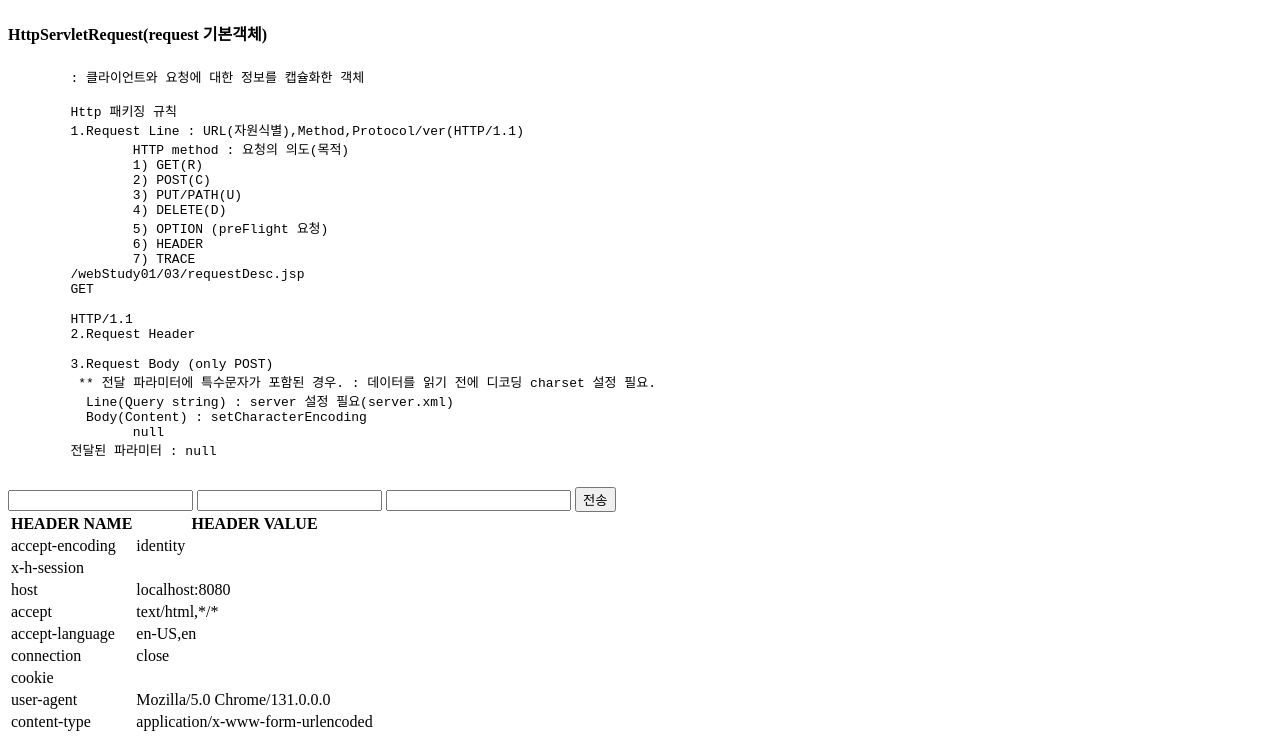
Repository: JavaJin96/kr.or.ddit.WebApp
Page: http://localhost/webStudy01/03/requestDesc.jsp
The author's editor kept a copy of each file at every save. The page is drawn from the files as they stood at one save, then again after the next save.
The browser window is 1280 px wide. The pictures show the whole page.
The page is served by Tomcat 9. Other server files are loaded and not shown.

Above is the page before, as saved 2022-03-03 01:18:41.

### 6.JspSpring/workspace/webStudy01/webapp/03/requestDesc.jsp
<%@page import="java.util.Enumeration"%>
<%@ page language="java" contentType="text/html; charset=UTF-8"
    pageEncoding="UTF-8"%>
<%
	request.setCharacterEncoding("UTF-8");
%>
<!DOCTYPE html>
<html>
<head>
<meta charset="UTF-8">
<title>Insert title here</title>
</head>
<body>
<h4>HttpServletRequest(request 기본객체)</h4>
<pre>
	: 클라이언트와 요청에 대한 정보를 캡슐화한 객체

	Http 패키징 규칙
	1.Request Line : URL(자원식별),Method,Protocol/ver(HTTP/1.1)
		HTTP method : 요청의 의도(목적)
		1) GET(R)
		2) POST(C)
		3) PUT/PATH(U)
		4) DELETE(D)
		5) OPTION (preFlight 요청)
		6) HEADER
		7) TRACE
	<%=request.getRequestURI() %>
	<%=request.getMethod() %>

	<%=request.getProtocol() %>
	2.Request Header

	3.Request Body (only POST)
	 ** 전달 파라미터에 특수문자가 포함된 경우. : 데이터를 읽기 전에 디코딩 charset 설정 필요.
	  Line(Query string) : server 설정 필요(server.xml)
	  Body(Content) : setCharacterEncoding
		<%=request.getParameter("param")%>
	전달된 파라미터 : <%=request.getParameter("param") %>

</pre>
<form method="post" action="<%=request.getContextPath()%>/03/requestDesc.jsp">
	<input type="text" name="param" />
	<input type="text" name="param" />
	<input type="text" name="param" />
	<input type="submit" value="전송">
</form>
<table>
<thead>
<tr>
	<th>HEADER NAME</th>
	<th>HEADER VALUE</th>
</tr>
</thead>
<tbody>
<%
 	Enumeration<String> headerNames = request.getHeaderNames();
	while(headerNames.hasMoreElements()){
		String name = headerNames.nextElement();
		String value = request.getHeader(name);
%>
	<tr>
		<td><%=name %></td>
		<td><%=value %></td>
	</tr>

<%
	}
%>
</tbody>
</table>
</body>
</html>

After the next save:
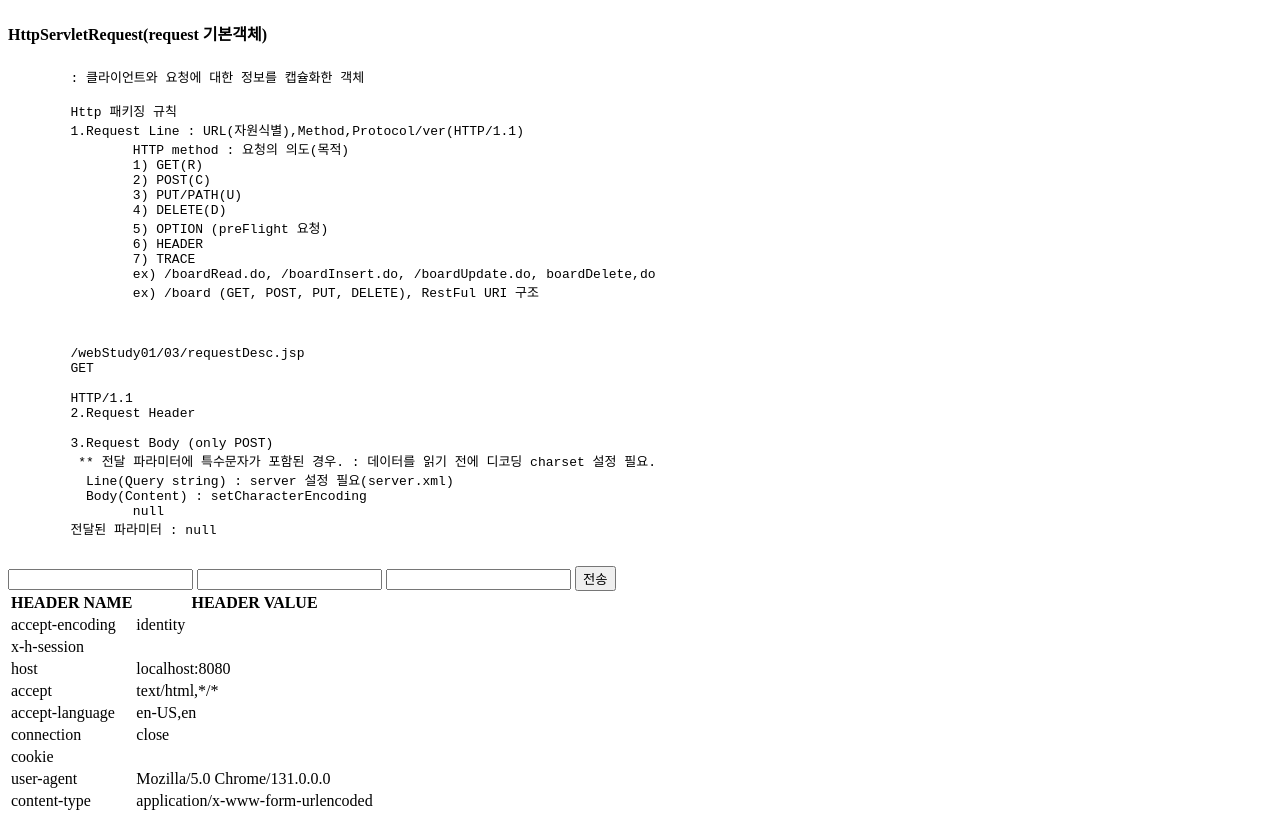
Saved 2 min 7 s later.
--- a/6.JspSpring/workspace/webStudy01/webapp/03/requestDesc.jsp
+++ b/6.JspSpring/workspace/webStudy01/webapp/03/requestDesc.jsp
@@ -25,6 +25,11 @@
 		5) OPTION (preFlight 요청)
 		6) HEADER
 		7) TRACE
+		ex) /boardRead.do, /boardInsert.do, /boardUpdate.do, boardDelete,do
+		ex) /board (GET, POST, PUT, DELETE), RestFul URI 구조
+
+
+
 	<%=request.getRequestURI() %>
 	<%=request.getMethod() %>
 
